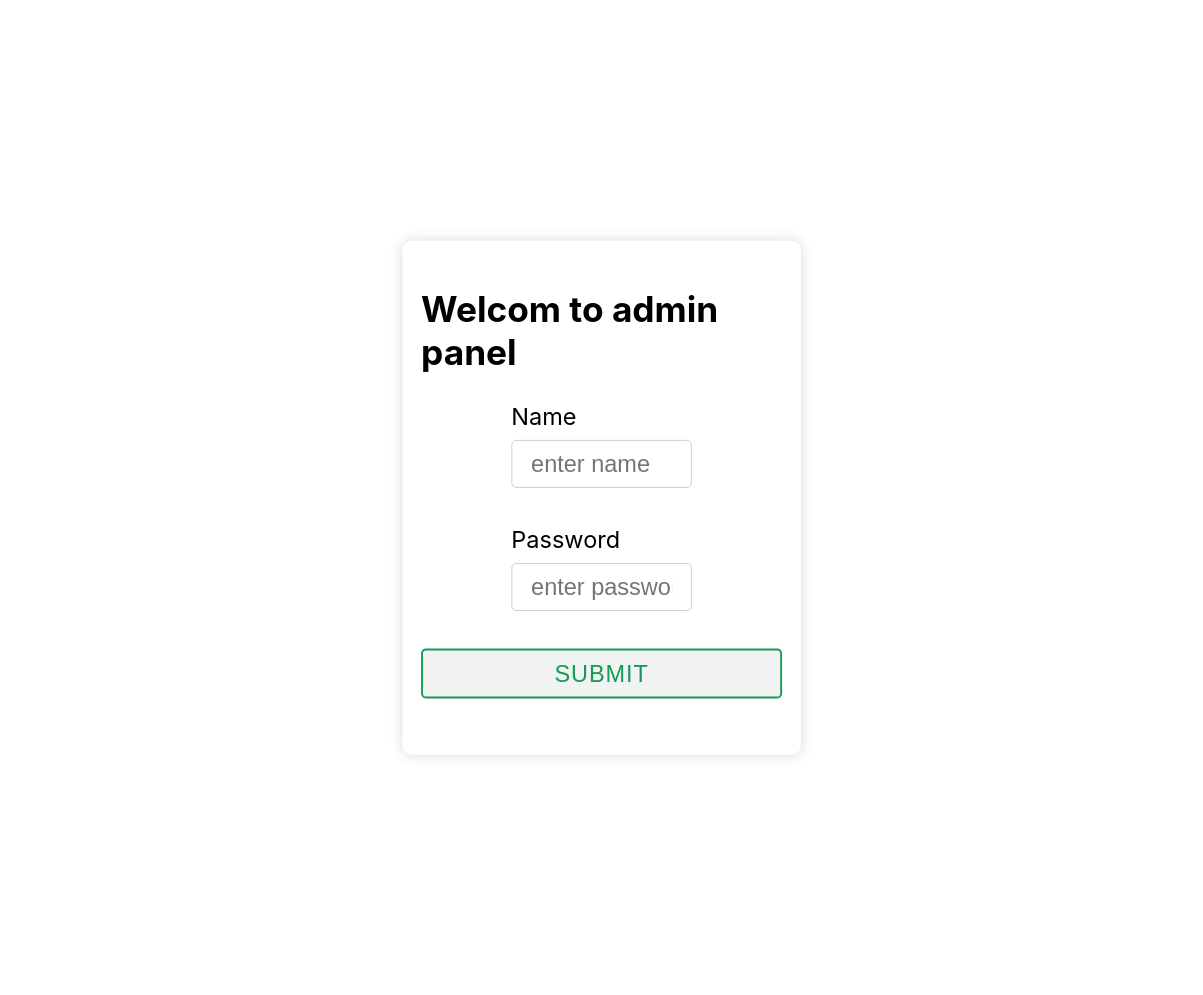
Repository: superHotBob/admin_nftillion
Page: /users
An editor plug-in stored every save of this project. The page is shown before and after the next save, followed by the edit.
The browser window is 1280 px wide. The pictures show the whole page, at 94% of full size.
The project was rebuilt for these pictures with package versions that can differ from the ones it lists, and the page was loaded fresh each time. Also part of the build but not shown: src/components/Users/styles.scss, src/components/NavPanel/styles.scss, src/components/Collections/styles.scss, src/components/Collections/index.js.

Above is the page before, as saved 2022-04-22 17:57:54.

After the next save:
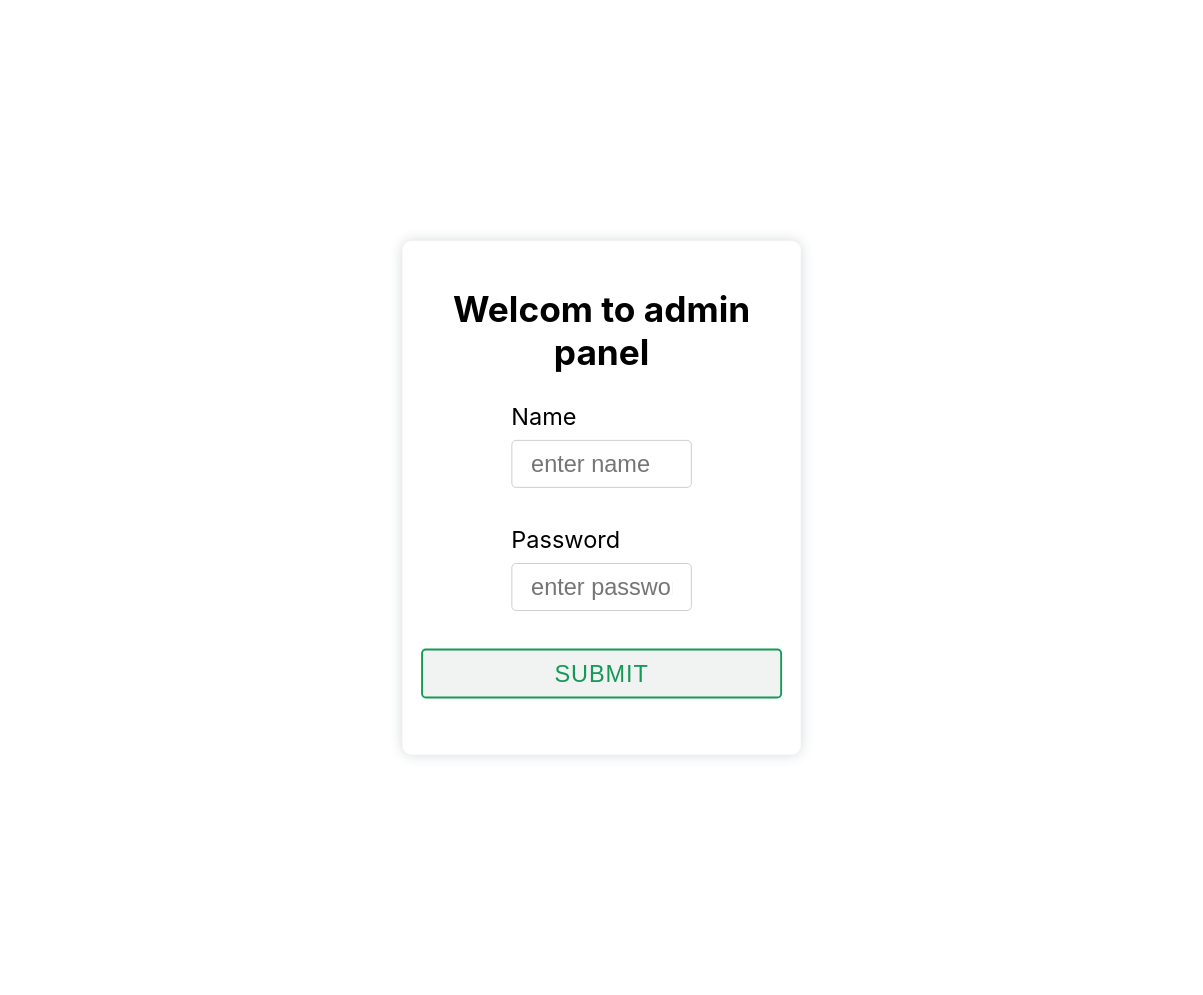
Saved 27 s later.
--- a/src/components/Home/styles.scss
+++ b/src/components/Home/styles.scss
@@ -9,7 +9,7 @@ $transition: all 0.25s ease-in-out;
     box-shadow: 0 0 14px 0 rgba(34, 60, 80, 0.2);
     border-radius: 10px;
     font-size: 25px;
-    text-align: left;
+
     input, button {
         font-size: 25px;
         padding: 10px 20px;
@@ -26,6 +26,7 @@ $transition: all 0.25s ease-in-out;
     }
     label {
         width: 50%;
+        text-align: left;
         margin: 10px auto 40px;
         display: block;
     }
